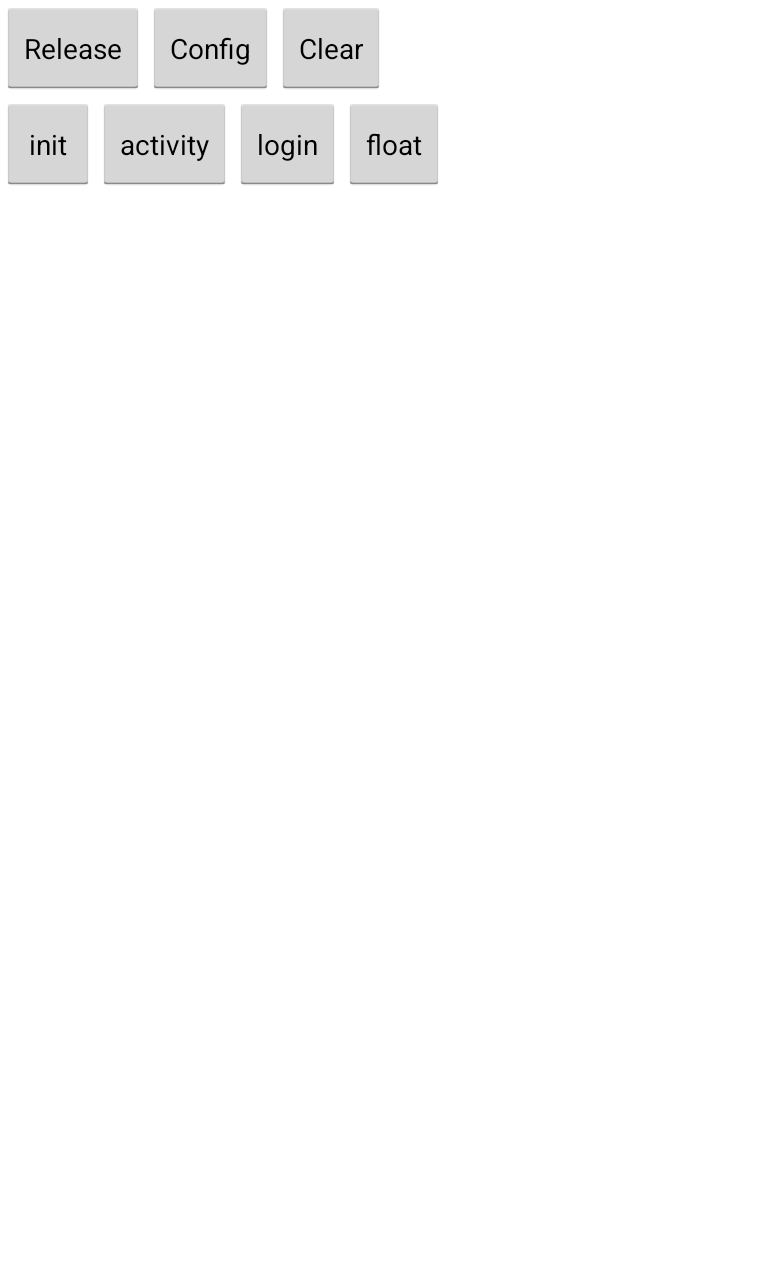
Repository: XClouded/dynamicCall
Layout: UCGameSdk/res/layout/activity_dex_loader.xml
An editor plug-in stored every save of this project. The layout is shown before and after the next save, followed by the edit.
It is drawn on a 768 x 1280 px phone screen (xhdpi) without system bars, with theme AppTheme; the app's code is not run.

Above is the layout before, as saved 2013-07-19 03:29:52.

After the next save:
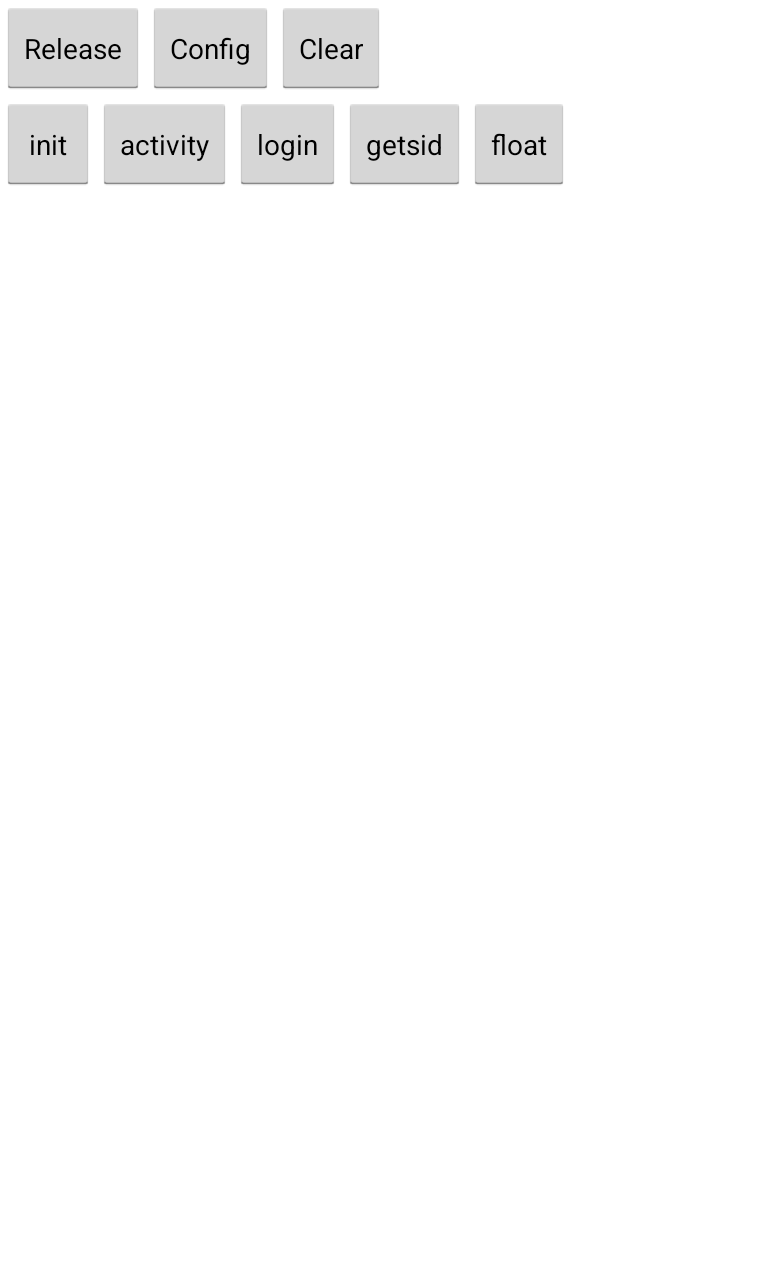
Saved 61 s later.
--- a/UCGameSdk/res/layout/activity_dex_loader.xml
+++ b/UCGameSdk/res/layout/activity_dex_loader.xml
@@ -58,6 +58,13 @@
             android:text="login" />
 
         <Button
+            android:id="@+id/btn_getsid"
+            style="?android:attr/buttonStyleSmall"
+            android:layout_width="wrap_content"
+            android:layout_height="wrap_content"
+            android:text="getsid" />
+
+        <Button
             android:id="@+id/btn_float"
             style="?android:attr/buttonStyleSmall"
             android:layout_width="wrap_content"
